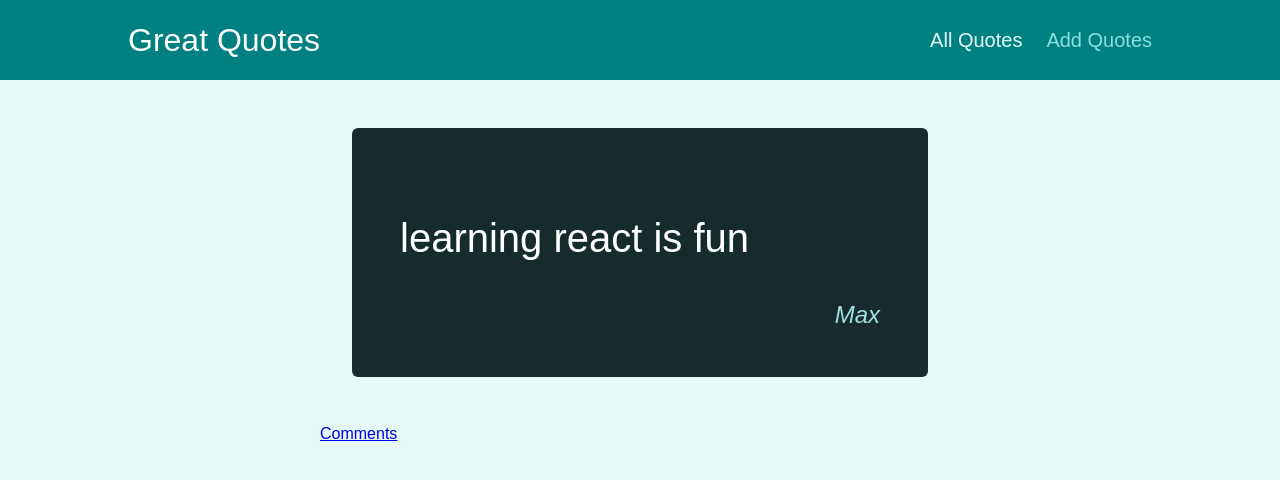
Repository: NamalPathirana/react-router-prac-two-demo
Page: /quotes/q1
The author's editor kept a copy of each file at every save. The page is drawn from the files as they stood at one save, then again after the next save.
The browser window is 1280 px wide. The pictures show the whole page.
The project was rebuilt for these pictures with package versions that can differ from the ones it lists, and the page was loaded fresh each time. Also part of the build but not shown: src/components/UI/Card.module.css, src/components/UI/Card.js, src/components/UI/LoadingSpinner.module.css, src/components/UI/LoadingSpinner.js, src/components/quotes/QuoteForm.module.css, src/components/quotes/QuoteForm.js, src/components/pages/AddQuotes.js, src/components/pages/NotFound.js and 9 more.

Above is the page before, as saved 2022-04-22 22:15:57.

After the next save:
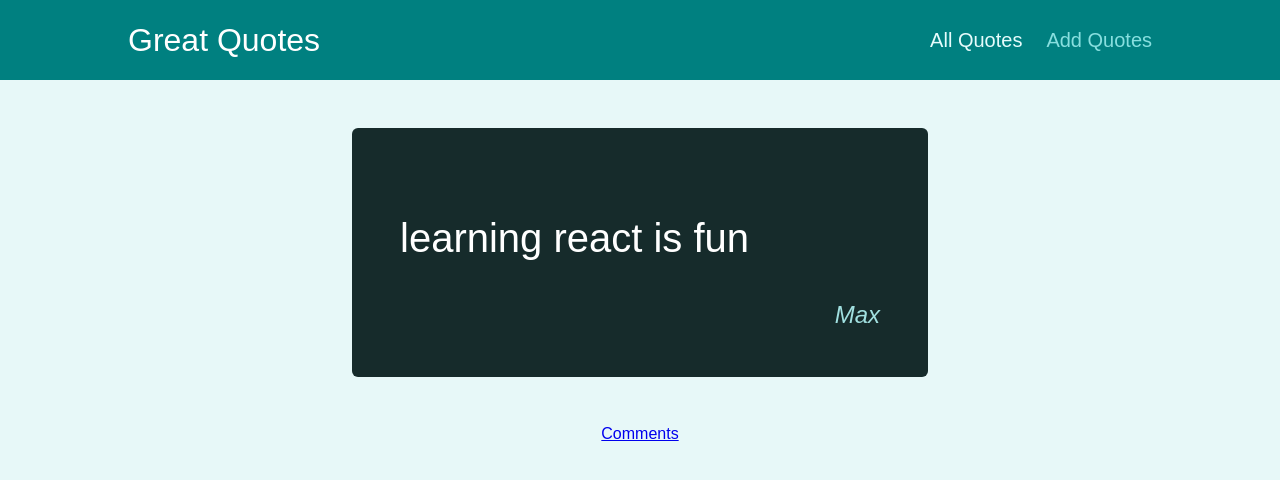
Saved 17 s later.
--- a/src/components/pages/Quote-details.js
+++ b/src/components/pages/Quote-details.js
@@ -11,16 +11,20 @@ const DUMMY_QUOTES = [
 const QuotesDetails = () => {
   const params = useParams();
 
-  const quote = DUMMY_QUOTES.find((element)=>{return element.id === params.quoteID});
+  const quote = DUMMY_QUOTES.find((element) => {
+    return element.id === params.quoteID;
+  });
 
-  if(!quote){
-      return <p>No quote found!</p>
+  if (!quote) {
+    return <p>No quote found!</p>;
   }
 
   return (
     <Fragment>
       <HighlightedQuote text={quote.text} author={quote.author} />
-      <div> <Link to={`/quotes/${params.quoteID}/comments`}>Comments</Link></div>
+      <div className="centered">
+        <Link to={`/quotes/${params.quoteID}/comments`}>Comments</Link>
+      </div>
 
       <Route path={`/quotes/${params.quoteID}/comments`}>
         <Comments></Comments>
